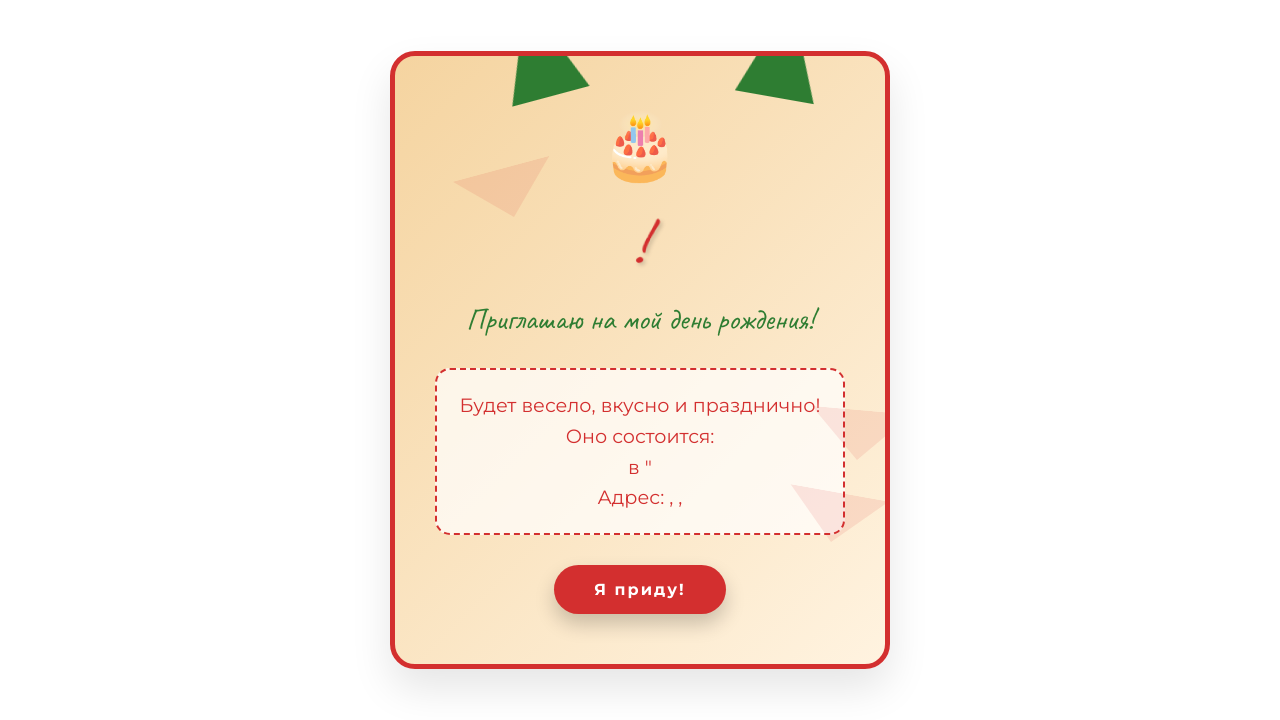
Repository: ll9llall9ll/users-management
Page: templates/6.html
These files come from the project's save history. The page is drawn as it stood at one moment and after the next save; the edit follows.
The browser window is 1280 px wide. The pictures show the whole page.
The template is drawn by Flask 3. The application's start-up code is not run. The template is opened directly, without the code that normally fills it, so the values that code supplies are empty.

Above is the page before, as saved 2025-03-04 20:03:01.

After the next save:
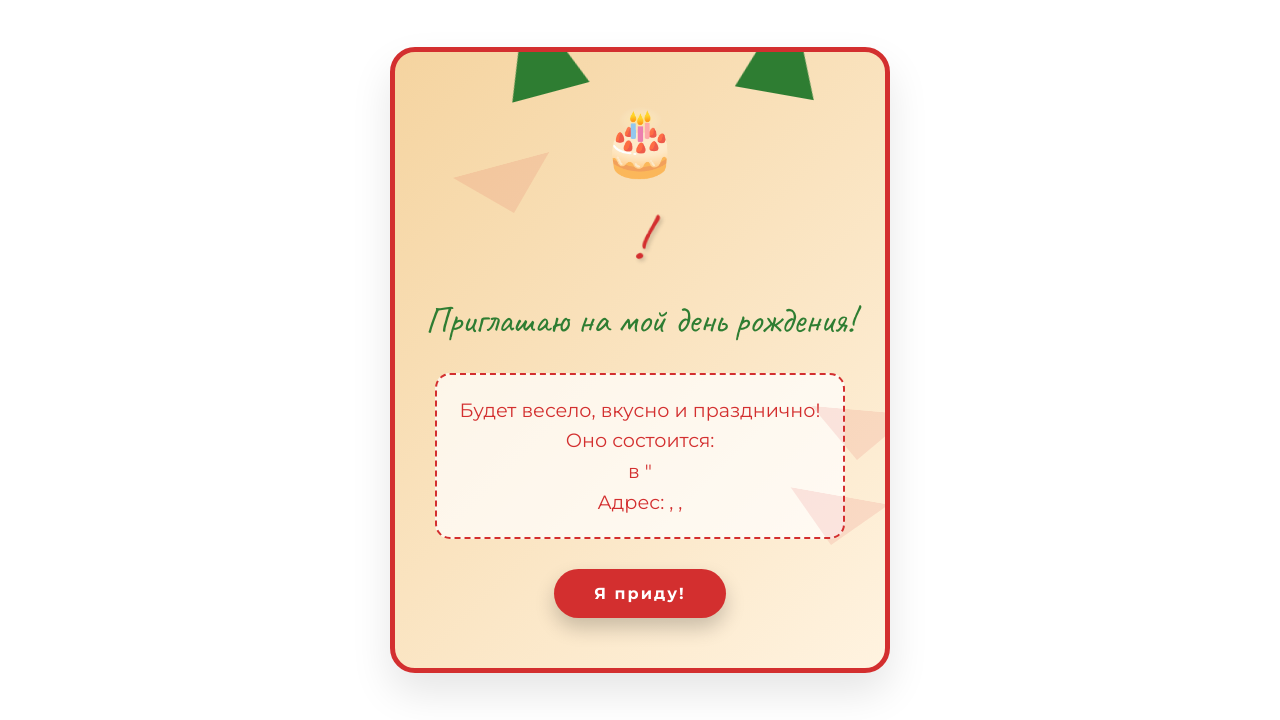
Saved 55 s later.
--- a/templates/6.html
+++ b/templates/6.html
@@ -134,7 +134,7 @@
 
         .invitation-text {
             font-family: 'Caveat', cursive;
-            font-size: 30px;
+            font-size: 37px;
             color: var(--color-basil-green);
             margin-bottom: 30px;
         }
